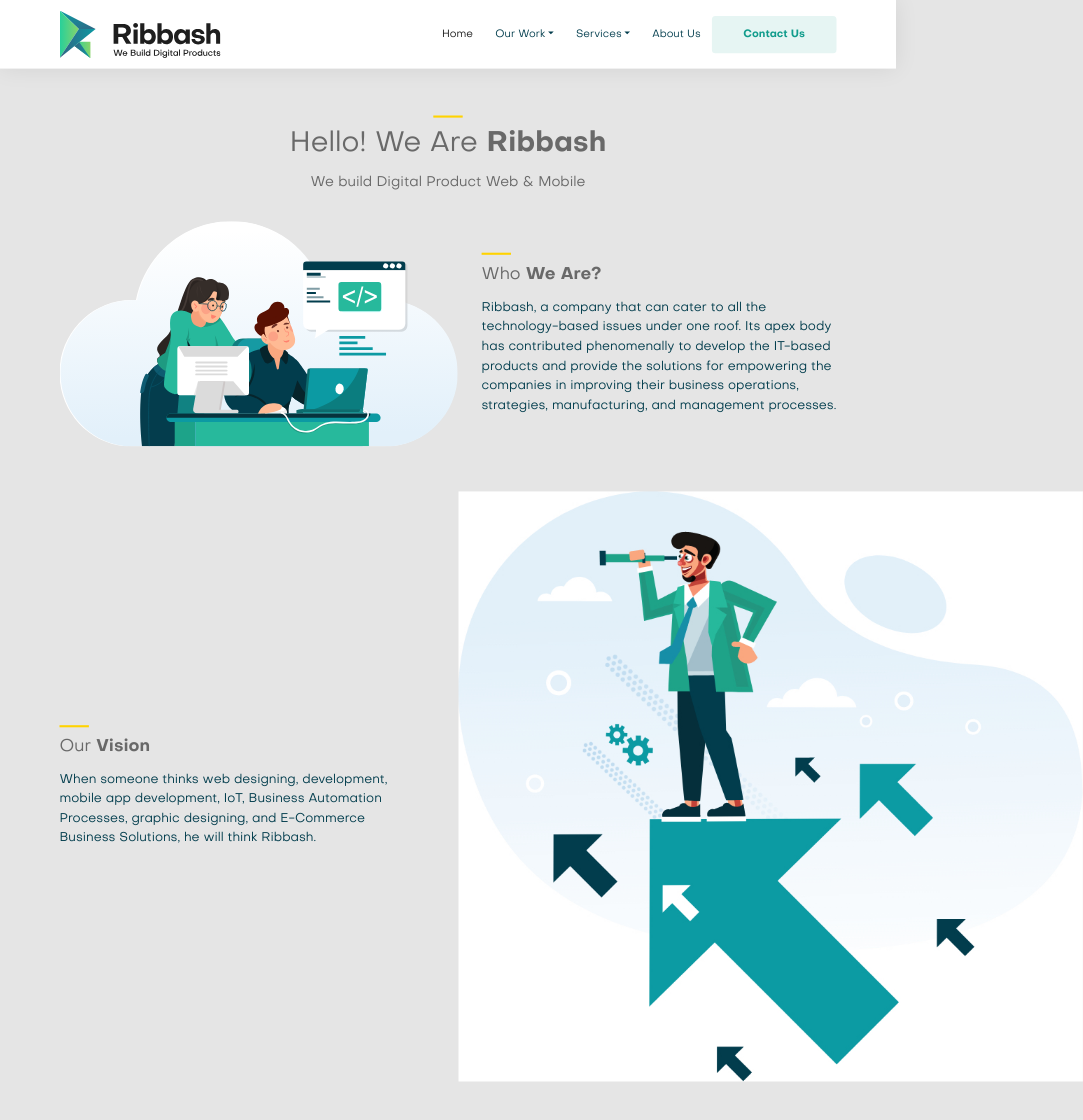
Repository: ahsankalim09/light-Agency
Page: newDesign.html
The author's editor kept a copy of each file at every save. The page is drawn from the files as they stood at one save, then again after the next save.
The browser window is 1280 px wide. The page is 1547 px wide, so the pictures cover 1547 px, including what lies to the right of the window. The pictures show the part of the page from y = 0 to 1600 px (the page is 3312 px tall before and 2897 px after), at 70% of full size.

Above is the page before, as saved 2020-10-13 22:50:37.

After the next save:
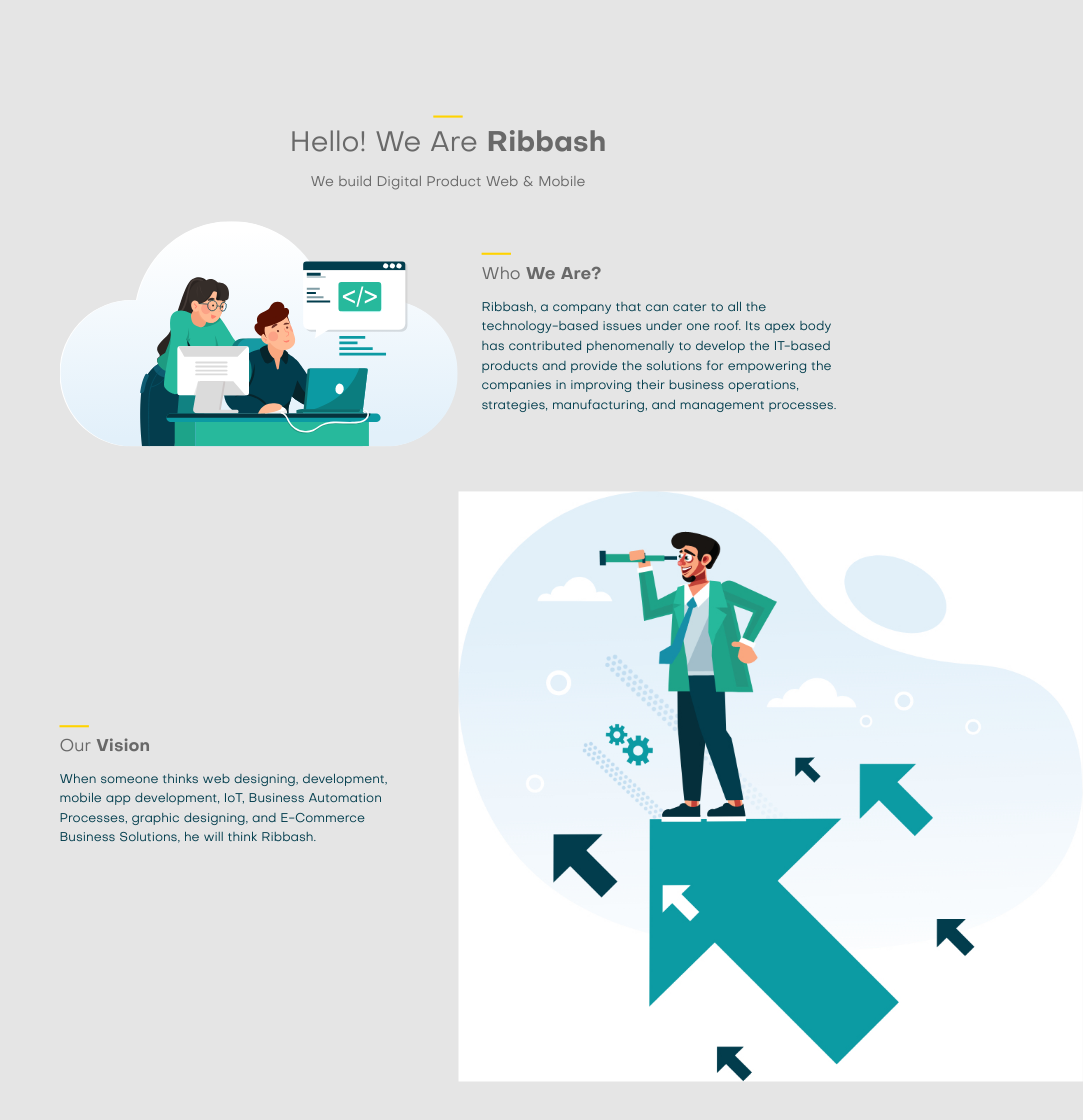
Saved 35 s later.
--- a/newDesign.html
+++ b/newDesign.html
@@ -276,28 +276,7 @@
             </figure>
           </div>
         </div>
-        <div class="row align-items-md-center">
-          <div class="col-12 col-md-6 mb-5 mb-md-0">
-            <figure class="wow fadeInUp">
-              <img src="img/our-mission.svg" alt="Our Mission" />
-            </figure>
-          </div>
-          <div class="col-12 col-md-6 pl-md-5">
-            <div class="rd-infobox rd-text-dark">
-              <h2
-                class="rd-mini-title rd-title-strip rd-title-strip-green mb-3 wow fadeInUp"
-              >
-                <span class="font-weight-normal">Our</span>
-                <span class="font-weight-bold">Mission</span>
-              </h2>
-              <p class="rd-sub-text mb-0 wow fadeInUp">
-                To help the businesses become trustworthy and innovative in
-                their respective industries via providing Top-Notch IT services
-                and products globally
-              </p>
-            </div>
-          </div>
-        </div>
+
       </div>
     </section>
     <!--Intro Section End-->
